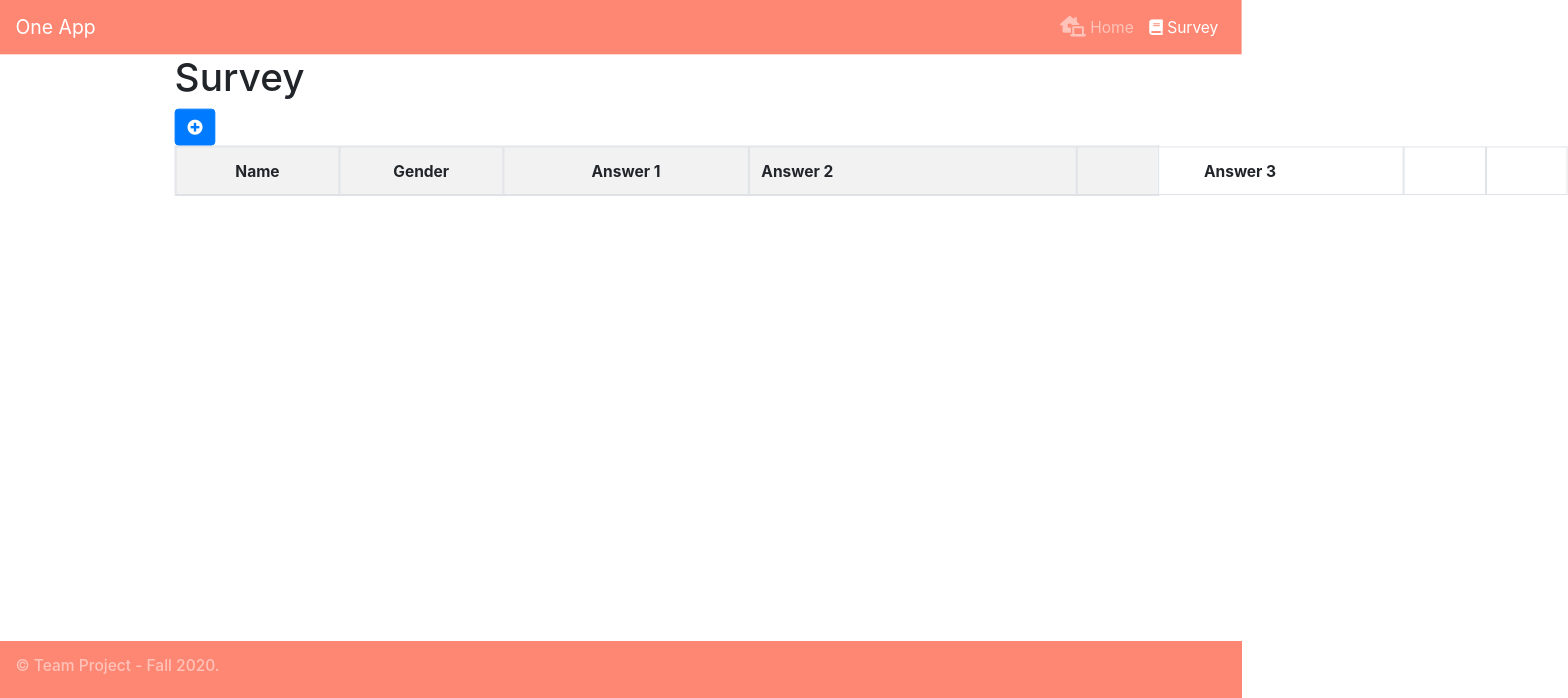
Repository: Dyazho/group-project
Page: http://localhost/survey
These files come from the project's save history. The page is drawn as it stood at one moment and after the next save; the edit follows.
The browser window is 1280 px wide. The page is 1616 px wide, then 1532 px, so the pictures cover 1616 px, including what lies to the right of the window. The pictures show the whole page, at 97% of full size.
The page is served by the project's Node server (server.js). Queries for data that is not in the repository find no rows.

Above is the page before, as saved 2020-11-16 11:07:41.

After the next save:
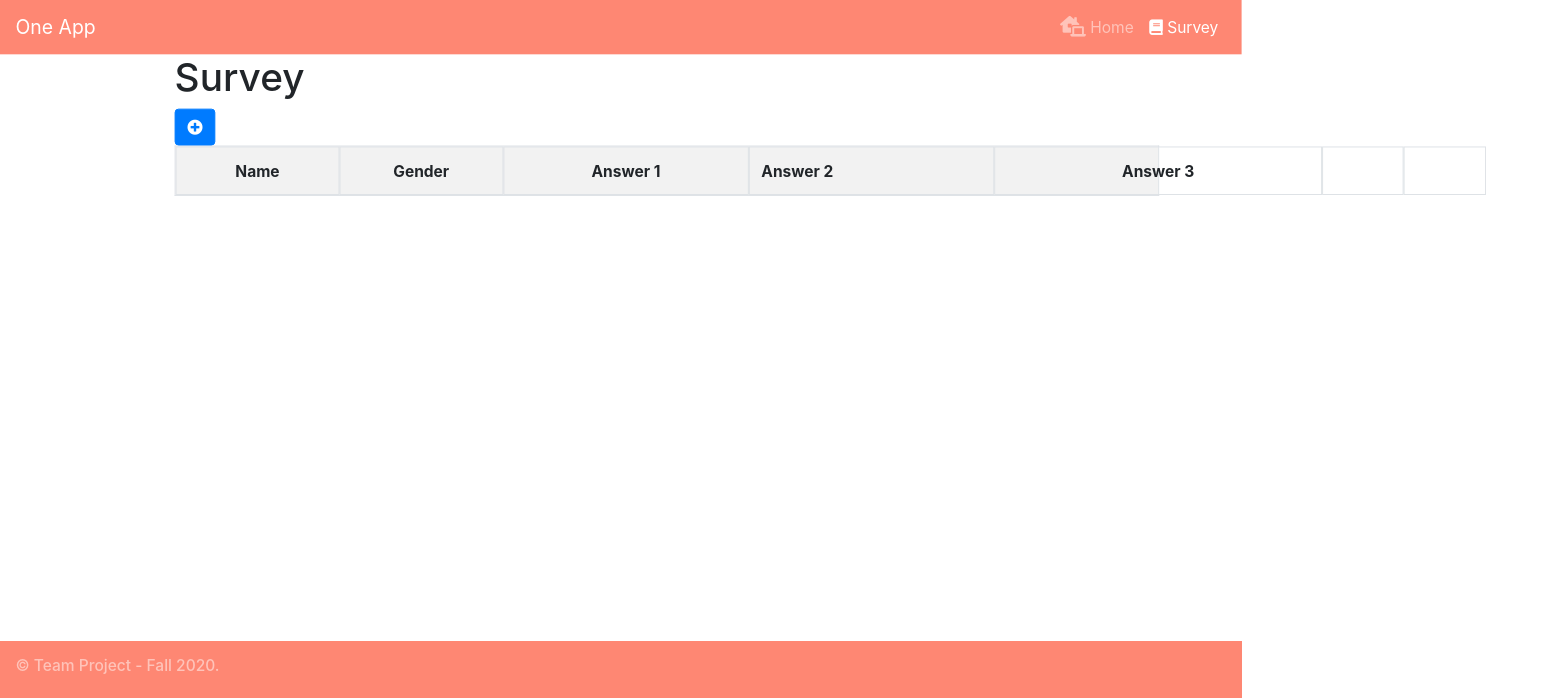
Saved 10 s later.
--- a/server/views/book/list.ejs
+++ b/server/views/book/list.ejs
@@ -17,7 +17,7 @@
                     <th class="text-center col-2">Name</th>
                     <th class="text-center col-2">Gender</th>
                     <th class="text-center col-3">Answer 1</th>
-                    <th class="col-4">Answer 2</th>
+                    <th class="col-3">Answer 2</th>
                     <th class="text-center col-4">Answer 3</th>
                     <th class="text-center col-1"></th>
                     <th class="text-center col-1"></th>
